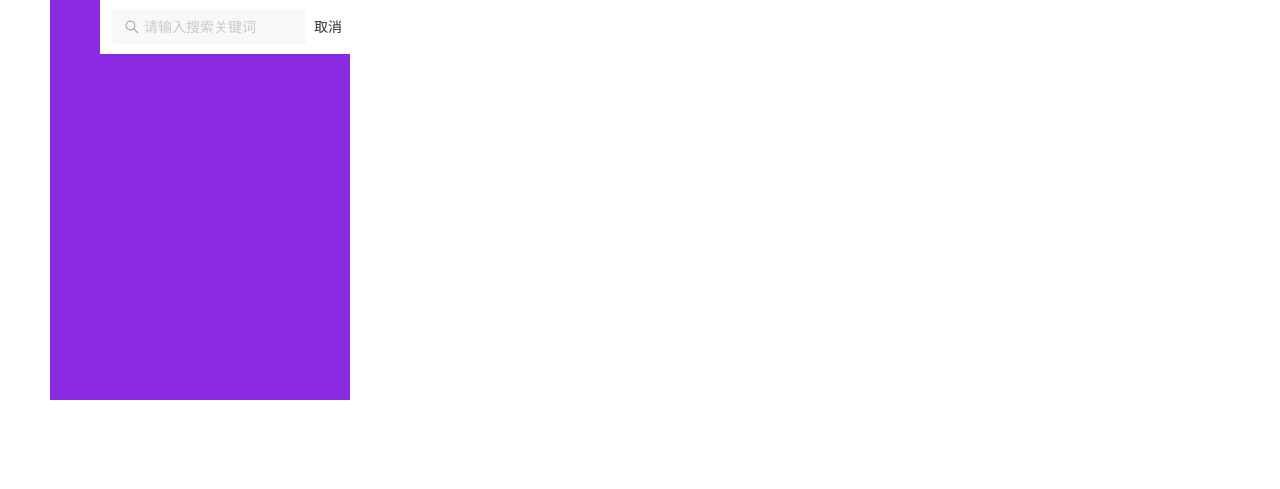
Repository: liyang777777/shangcheng
Page: /
The author's editor kept a copy of each file at every save. The page is drawn from the files as they stood at one save, then again after the next save.
The browser window is 1280 px wide. The pictures show the whole page.
The project was rebuilt for these pictures with package versions that can differ from the ones it lists, and the page was loaded fresh each time. Also part of the build but not shown: vue.config.js. Imported but missing from the stored project, and not drawn on this page: src/views/About.

Above is the page before, as saved 2020-06-22 10:39:44.

### src/main.js
import Vue from 'vue';
import App from './App.vue';
import router from './router';
import store from './store';
import Vant from 'vant';
import 'vant/lib/index.css';

import { Form } from 'vant';
import { Search } from 'vant';

Vue.config.productionTip = false
Vue.use(Vant);
Vue.use(Form);
Vue.use(Search);

new Vue({
  router,
  store,
  render: h => h(App)
}).$mount('#app')

### src/App.vue
<template>
  <div id="app">

    <router-view/>
  </div>
</template>

<style lang="scss">

</style>

### src/router/index.js
import Vue from 'vue'
import VueRouter from 'vue-router'
import Home from '../views/Home.vue'


Vue.use(VueRouter)

  const routes = [
  {
    path: '/',
    name: 'Home',
    component: Home
  },
  {
    path: '/about',
    name: 'About',

    component: () => import('../views/About')
  },
  {
    path: '/details',
    name: 'Details',

    component: () => import('../views/details/Details')
  },
  {
    path: '/login',
    name: 'Login',

    component: () => import('../views/login/Login')
  }
]

const router = new VueRouter({
  mode: 'history',
  base: process.env.BASE_URL,
  routes
})

export default router

### src/views/Home.vue
<template>
  <div class="content">
    <form action="/" class="box">
      <van-search
        v-model="value"
        show-action
        placeholder="请输入搜索关键词"
        @search="onSearch"
        @cancel="onCancel"
      />
    </form>
  </div>
</template>

<script>
import { Toast } from "vant";
export default {
  name: "",
  props: {},
  components: {},
  data() {
    return {
      value: ""
    };
  },
  methods: {
    onSearch(val) {
      Toast(val);
    },
    onCancel() {
      Toast("搜索");
    }
  },
  mounted() {},
  watch: {},
  computed: {}
};
</script>

<style scoped lang='scss'>
.content {
  width: 300px;
  height: 400px;
  background: blueviolet;
  display: flex;
  margin-left: 50px;
}
.box {
  height: 25px;
  margin-left: 50px;
}
</style>

Loaded but not shown: public/index.html (common file); src/store/index.js (common file)

After the next save:
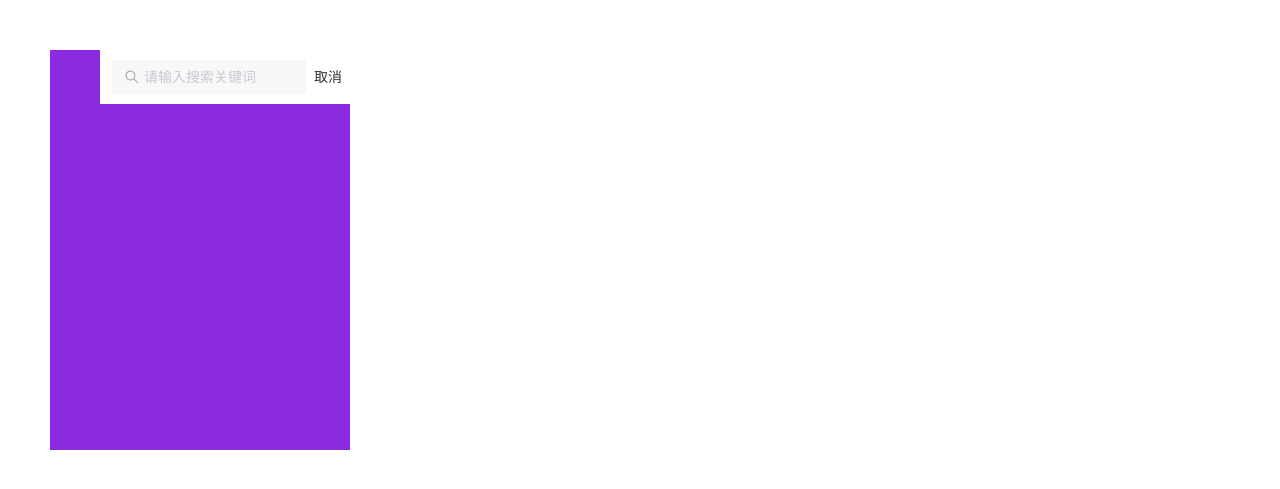
Saved 25 s later.
--- a/src/views/Home.vue
+++ b/src/views/Home.vue
@@ -42,7 +42,7 @@ export default {
   width: 300px;
   height: 400px;
   background: blueviolet;
-  display: flex;
+  margin-top: 50px;
   margin-left: 50px;
 }
 .box {
